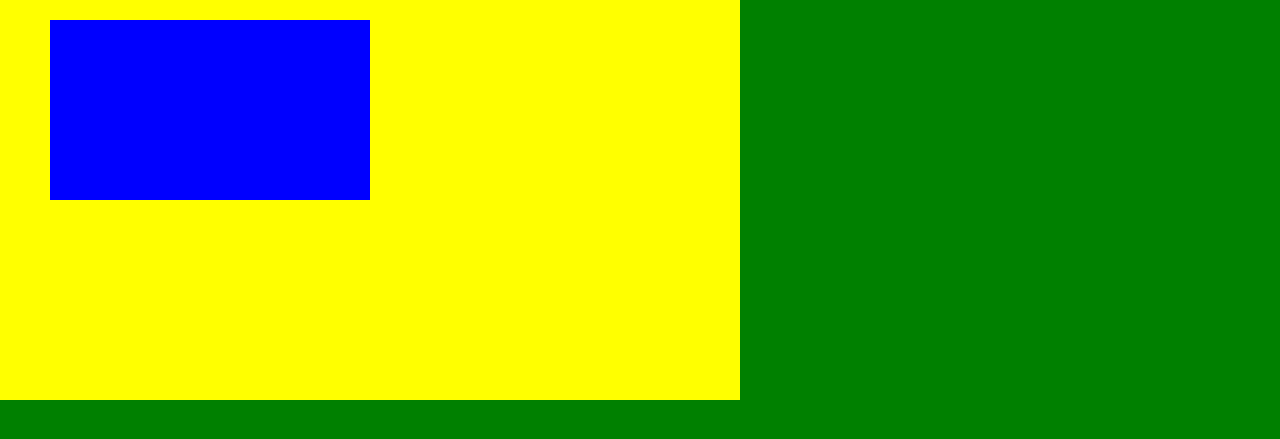
Repository: wonjunknag/kakao-clone
Page: 02-box-model/index.html
An editor plug-in stored every save of this project. The page is shown before and after the next save, followed by the edit.
The browser window is 1280 px wide. The pictures show the whole page.

Above is the page before, as saved 2020-06-30 23:04:41.

### 02-box-model/index.html
<!DOCTYPE html>
<html lang="en">
  <head>
    <meta charset="UTF-8" />
    <meta name="viewport" content="width=device-width, initial-scale=1.0" />
    <meta http-equiv="X-UA-Compatible" content="ie=edge" />
    <title>Box model</title>
    <style>
      body,
      html {
        padding: 0;
        margin: 0;
        background-color: green;
        height: 100%;
      }
      .box {
        background-color: yellow;
        width: 50%;
        height: 50%;
        padding: 20px 50px;
      }
      .inside-box {
        background-color: blue;
        width: 50%;
        height: 50%;
      }
    </style>
  </head>
  <body>
    <div class="box">
      <div class="inside-box"></div>
    </div>
  </body>
</html>

After the next save:
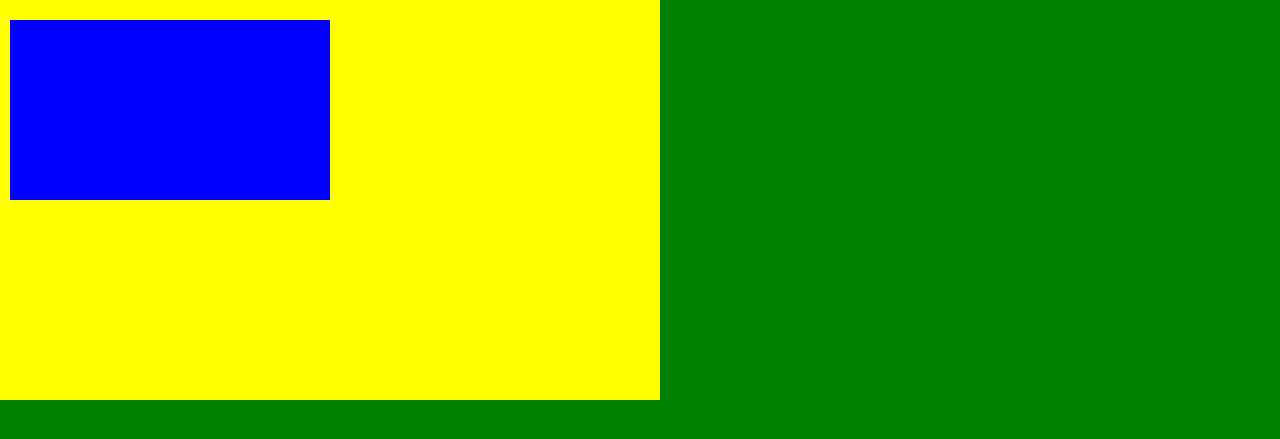
Saved 6 s later.
--- a/02-box-model/index.html
+++ b/02-box-model/index.html
@@ -17,7 +17,7 @@
         background-color: yellow;
         width: 50%;
         height: 50%;
-        padding: 20px 50px;
+        padding: 20px 10px;
       }
       .inside-box {
         background-color: blue;
